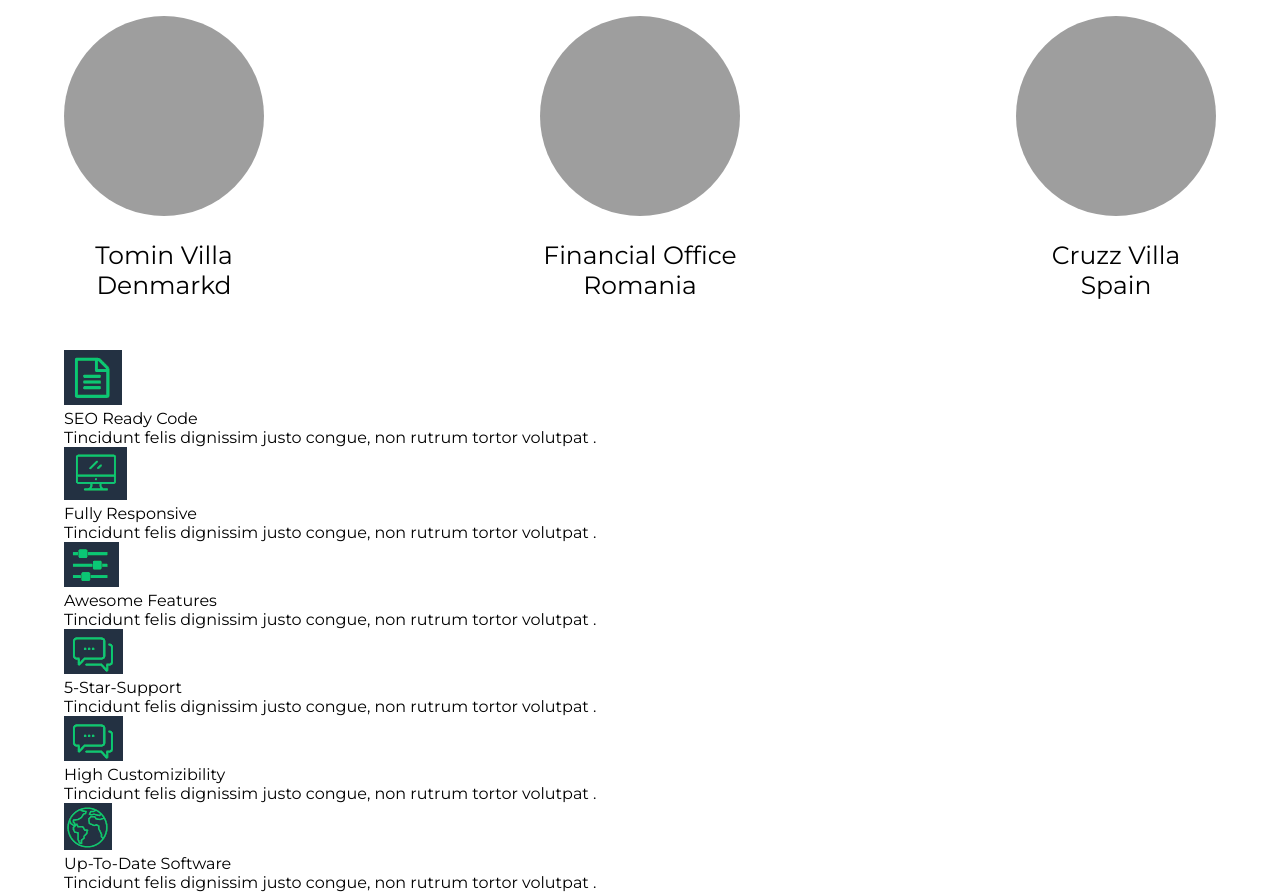
Repository: Yowani24/Real-Estate2
Page: index.html
An editor plug-in stored every save of this project. The page is shown before and after the next save, followed by the edit.
The browser window is 1280 px wide. The pictures show the part of the page from y = 1025 to 1977 px (the page is 1917 px tall before and 1977 px after).
Pictures or frames that could not be fetched are drawn as grey boxes. Some web fonts or font styles are not loaded; a fallback is used.

Above is the page before, as saved 2021-08-27 14:17:52.

### index.html
<!DOCTYPE html>
<html lang="en">
<head>
    <meta charset="UTF-8">
    <meta http-equiv="X-UA-Compatible" content="IE=edge">
    <meta name="viewport" content="width=device-width, initial-scale=1.0">
    <title>Real State</title>
    <link rel="stylesheet" href="styles.css">

    <!-- ============FONT-FAMILY============== -->
    <link rel="preconnect" href="https://fonts.googleapis.com">
    <link rel="preconnect" href="https://fonts.gstatic.com" crossorigin>
    <link href="https://fonts.googleapis.com/css2?family=Montserrat&family=Rozha+One&display=swap" rel="stylesheet">

    <!-- ======================VUELS CDN=================== -->
    <script src="https://cdn.jsdelivr.net/npm/vue@2"></script>

</head>
<body>
    <Header>
        <div class="interface_wrapper header_wrapper">
            <div class="logo_box">
                <img src="/images/realLogo.png" alt="">
                <p><span>Real</span> Estate</p>
            </div>

            <div class="menu">
                <nav>
                    <ul>
                        <li><a href="#">Home</a></li>
                        <li><a href="#">About</a></li>
                        <li><a href="#">Agents</a></li>
                        <li><a href="#">Price</a></li>
                        <li><a href="#">Blog</a></li>
                    </ul>
                </nav>
            </div>
        </div>
    </Header>

    <section class="showcase_sec">
        <div class="interface_wrapper showcase">
            <p>Give Life For Your <br/>Dream <span>Home</span></p>
            <p>Always on the lookout for the hi-tech advancements.  Build not only a product that can sell well, but a platform through which to deliver it.</p>

            <div class="btns_box">
                <button>Read more</button>
                <button>Contact Us</button>
            </div>
        </div>
    </section>

    <section class="about_us_sec">
        <div class="interface_wrapper about_us">
            <p><span>About</span> Us</p>
            <p>A modern and unique style </p>

            <div id="app">
                <div v-for="item in items">
                    <img :src="item.ima" alt="">
                    <p>{{item.desc}}</p>
                </div>
            </div>
        </div>
    </section>

    <section class="services_sec">
        <div id="services" class="interface_wrapper services">
            <div class="services_box" v-for="item in items">
                <img :src="item.ima" alt="">
                <div>
                    <p>{{item.titulo}}</p>
                    <p>{{item.desc}}</p>
                </div>
            </div>
        </div>
    </section>

    <script>
        var app = new Vue({
            el: '#app',
            data: {
                items: [
                    {ima:'https://images.unsplash.com/photo-1583231684537-bd79dc887244?ixlib=rb-1.2.1&ixid=MnwxMjA3fDB8MHxwaG90by1yZWxhdGVkfDZ8fHxlbnwwfHx8fA%3D%3D&auto=format&fit=crop&w=500&q=60', desc:'Tomin Villa Denmarkd'},
                    {ima:'https://images.unsplash.com/photo-1613490493576-7fde63acd811?ixlib=rb-1.2.1&ixid=MnwxMjA3fDB8MHxwaG90by1yZWxhdGVkfDV8fHxlbnwwfHx8fA%3D%3D&auto=format&fit=crop&w=500&q=60', desc:'Financial Office Romania'},
                    {ima:'https://images.unsplash.com/photo-1416331108676-a22ccb276e35?ixlib=rb-1.2.1&ixid=MnwxMjA3fDB8MHxwaG90by1yZWxhdGVkfDJ8fHxlbnwwfHx8fA%3D%3D&auto=format&fit=crop&w=500&q=60', desc:'Cruzz Villa Spain'},
                ]
            }
        });

        var app = new Vue({
            el: '#services',
            data: {
                items: [
                    {ima:'/images/SEO_Ready_Code.png', titulo:'SEO Ready Code', desc:'Tincidunt felis dignissim justo congue, non rutrum tortor volutpat .'},
                    {ima:'/images/Fully_Responsive.png', titulo:'Fully Responsive', desc:'Tincidunt felis dignissim justo congue, non rutrum tortor volutpat .'},
                    {ima:'/images/Awesome_Features.png', titulo:'Awesome Features', desc:'Tincidunt felis dignissim justo congue, non rutrum tortor volutpat .'},
                    {ima:'/images/5-Star-Support.png', titulo:'5-Star-Support', desc:'Tincidunt felis dignissim justo congue, non rutrum tortor volutpat .'},
                    {ima:'/images/5-Star-Support.png', titulo:'High Customizibility', desc:'Tincidunt felis dignissim justo congue, non rutrum tortor volutpat .'},
                    {ima:'/images/Up-To-Date Software.png', titulo:'Up-To-Date Software', desc:'Tincidunt felis dignissim justo congue, non rutrum tortor volutpat .'},

                ]
            }
        });

    </script>
</body>
</html>

### styles.css
*{
    margin: 0;
}

body{
    padding: 0;
    top: 0;
    left: 0;
    font-family: 'Montserrat', sans-serif;
}
.interface_wrapper{
    width: 90%;
    margin: 0 auto;
}

/* ======================HEADER======================= */
Header{
    background: rgb(5, 70, 66);
    color: #FFFFFF;
    padding: 10px 0;

}
.header_wrapper{
    display: flex;
    justify-content: space-between;
    align-items:center;
}
.logo_box{
    display: flex;
    align-items: center;
}
.logo_box p{
    font-size: 40px;
    font-weight: 400;
    font-family: 'Rozha One', serif;

}
.logo_box span{
    color: rgb(10, 199, 117);
}
Header .menu nav ul{
    display: flex;
    padding: 0;
}
Header .menu nav li{
    list-style: none;
    margin: 0 20px;
}
Header .menu nav a{
    text-decoration: none;
    color: #FFFFFF;
    font-size: 19px;

}

/* ======================SHOWCASE_SECTION======================= */
.showcase_sec{
    padding-top: 150px;
    padding-bottom: 100px;
    background-image: url('https://images.unsplash.com/photo-1544890603-cf0ce2d65561?ixlib=rb-1.2.1&ixid=MnwxMjA3fDB8MHxwaG90by1wYWdlfHx8fGVufDB8fHx8&auto=format&fit=crop&w=750&q=80');
    background-repeat: no-repeat;
    background-position: center;
    background-size: cover;
}
.showcase p:nth-child(1) {
    font-size: 85px;
    font-family: 'Rozha One', serif;
    width: 800px;
    border-left: 3px solid rgb(10, 199, 117);
    padding-left: 10px;
    line-height: 1;
    margin: 0 auto;
    color: #FFFFFF;

}
.showcase p:nth-child(1) span {
    color: rgb(10, 199, 117);
}

.showcase p:nth-child(2) {
    font-size: 16px;
    color: rgb(255, 255, 255);
    width: 650px;
    line-height: 2;
    margin-top: 75px;
}

.btns_box{
    margin-top: 40px;
}
.btns_box button {
    border: 2px solid rgb(10, 199, 117);
    padding: 0 45px;
    height: 55px;
    font-size: 16px;
    border-radius: 50px;
    font-weight: 500;
    color: #FFFFFF;
    line-height: 19px;
    cursor: pointer;
}

.btns_box button:nth-child(1) {
    background: rgb(10, 199, 117);
}
.showcase button:nth-child(2) {
    color:#FFFFFF;
    margin-left: 10px;
    background: none;
}


/* ======================ABOUT US======================= */
.about_us_sec{
    padding-bottom: 50px;
}
.about_us {
    display: flex;
    flex-direction: column;
}
.about_us p:nth-child(1) {
    font-size: 40px;
    border-left: 3px solid rgb(10, 199, 117);
    padding-left: 10px;
    margin: 0 auto;
    margin-top: 100px;
    margin-bottom: 10px;

}
.about_us p:nth-child(1) span {
    color: rgb(10, 199, 117);
}

.about_us p:nth-child(2) {
    font-size: 22px;
    font-style: italic;
    text-align: center;
    margin-bottom: 100px;
}

#app{
    display: flex;
    align-items: center;
    justify-content: space-between;
    width: 100%;
}
#app img{
    width: 200px;
    height: 200px;
    border-radius:100%;
}
#app p{
    text-align: center;
    font-size: 25px;
    width: 200px;
    margin: 0 auto;
    margin-top: 20px;
    font-style: normal;
}


/* ======================SERVICES======================= */

.services_box{

}

After the next save:
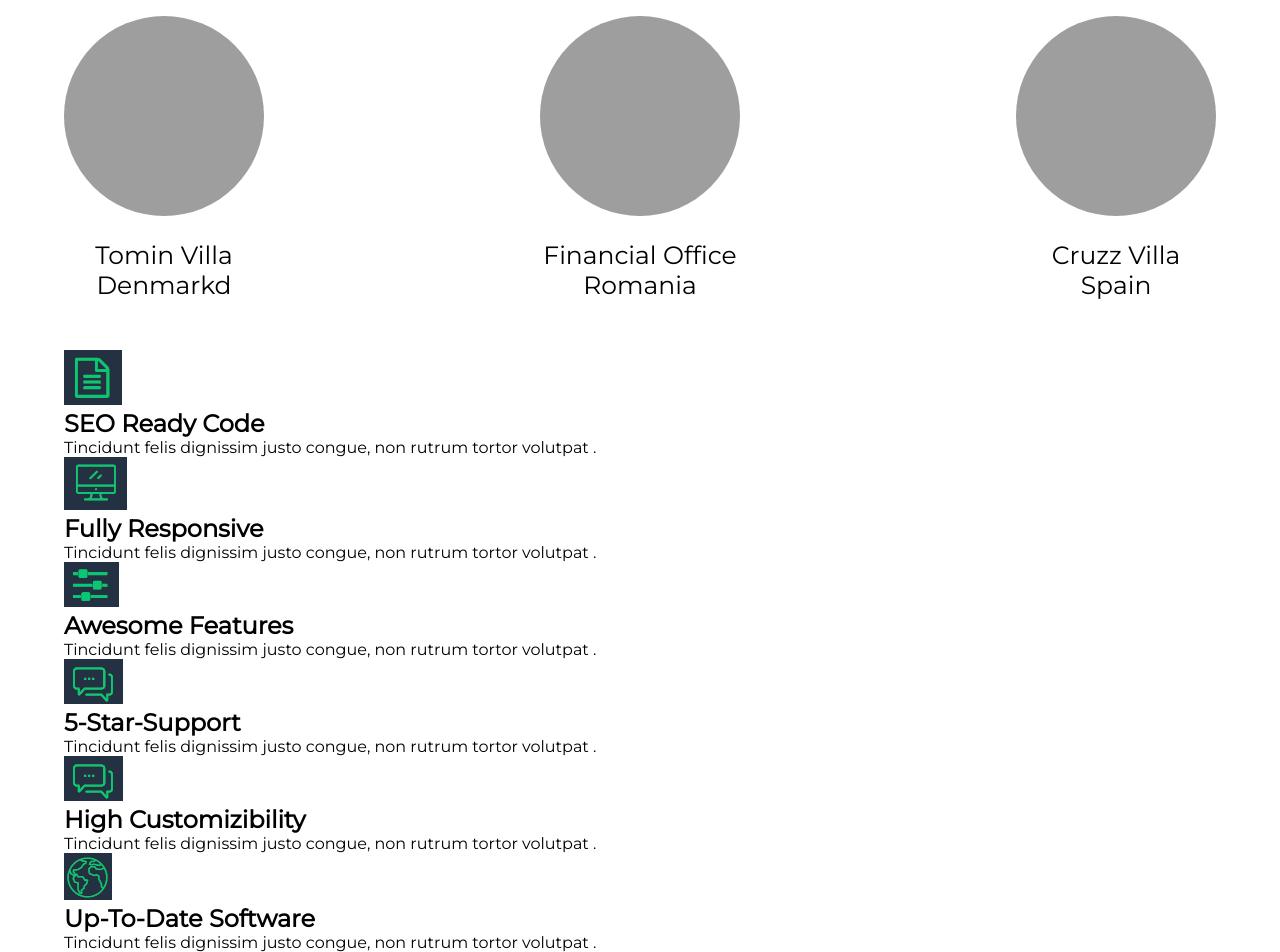
Saved 2 min 13 s later.
--- a/index.html
+++ b/index.html
@@ -69,7 +69,7 @@
             <div class="services_box" v-for="item in items">
                 <img :src="item.ima" alt="">
                 <div>
-                    <p>{{item.titulo}}</p>
+                    <h2>{{item.titulo}}</h2>
                     <p>{{item.desc}}</p>
                 </div>
             </div>
